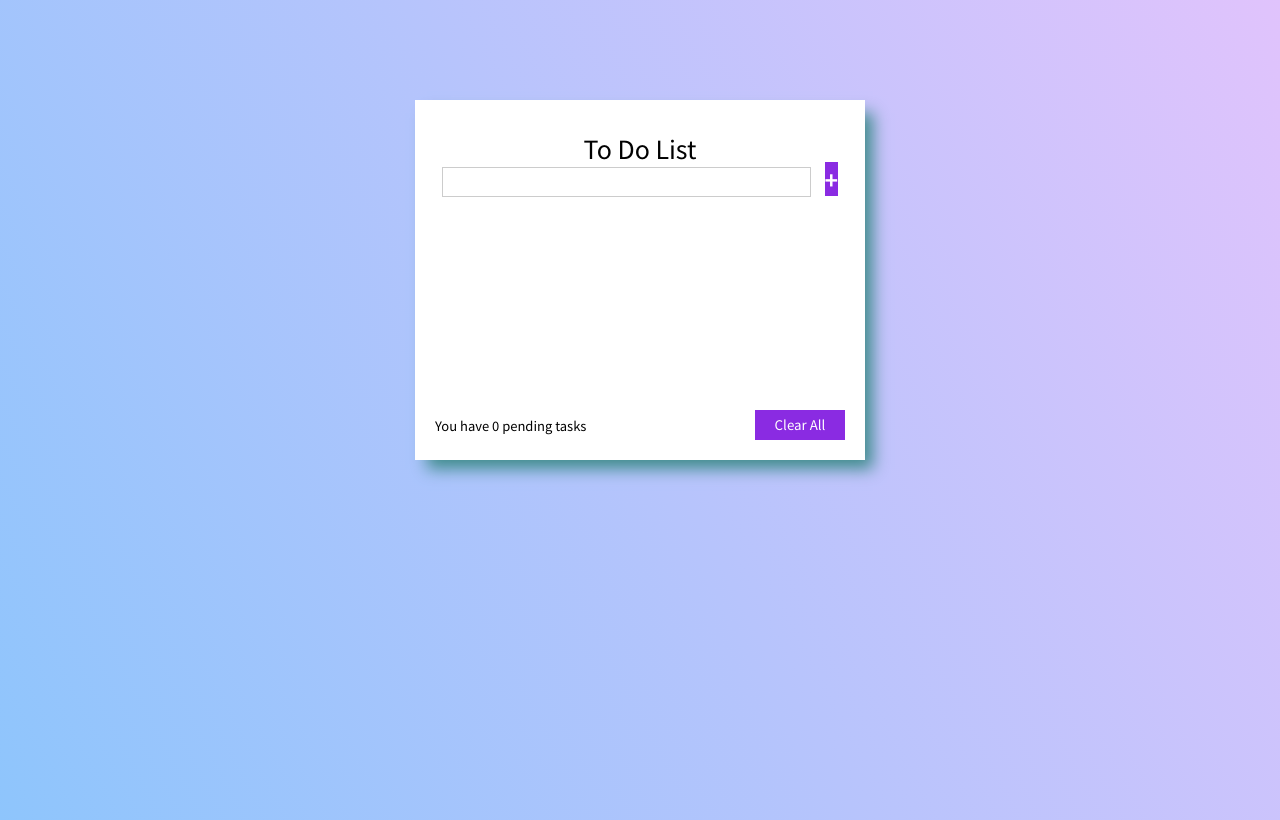
Repository: yangddoddi/Todo
Page: index.html
These files come from the project's save history. The page is drawn as it stood at one moment and after the next save; the edit follows.
The browser window is 1280 px wide. The pictures show the whole page.
Some web fonts or font styles are not loaded; a fallback is used. Some web libraries are served in a nearby version. The style sheet was rebuilt from its Sass, Less or Tailwind sources for each picture, by a compiler version that may differ from the author's.

Above is the page before, as saved 2022-04-22 17:04:07.
Console error: ReferenceError: handleInput is not defined

### index.html
<!DOCTYPE html>
<html lang="en">

<head>
    <meta charset="UTF-8">
    <meta http-equiv="X-UA-Compatible" content="IE=edge">
    <meta name="viewport" content="width=device-width, initial-scale=1.0">
    <title>TodoList</title>
    <link rel="stylesheet" href="style.css">
    <link rel="preconnect" href="https://fonts.googleapis.com">
    <link rel="preconnect" href="https://fonts.gstatic.com" crossorigin>
    <link href="https://fonts.googleapis.com/css2?family=Hubballi&family=Noto+Sans+KR:wght@300;400;500;700&display=swap"
        rel="stylesheet">
    <script src="https://kit.fontawesome.com/6cca727381.js" crossorigin="anonymous"></script>
    <script src="main.js" defer></script>
</head>

<body>
    <section class="todoList">
        <header class="todoList__title"><span>To Do List</span></header>
        <form class="inputForm">
            <input type="text" name="textbox" id="todoInput">
            <label class="input__icon">+</label>
            <input type="text" name="emptyBox" id="" style="display:none">
        </form>
        <div class="todoList__main">
        </div>

        <footer class="todoList__foot">
            <p class="todoList__foot__task">You have 4 pending tasks</p><button class="todoList__foot__clearBtn">Clear
                All</button>
        </footer>
    </section>

</body>

</html>

### main.js
const textInput = document.querySelector("#todoInput");
const inputForm = document.querySelector(".inputForm");
const todoList = document.querySelector(".todoList__main");
const todoTask = document.querySelector(".todoList__foot__task");
todoTask.innerHTML = `You have ${todoList.childElementCount} pending tasks`;

const addBtn = document.querySelector(".input__icon");
const clearAllBtn = document.querySelector(".todoList__foot__clearBtn");

inputForm.addEventListener("submit", handleInput);
todoList.addEventListener("click", deleteBtn);
clearAllBtn.addEventListener("click", clickClearAll);

const todoArr = [];

function addToDo(newTodoItem) {
  const todoItem = document.createElement("div");
  todoItem.className = "todoList__main__item";
  todoItem.dataset.id = `${idCount}`;
  todoItem.innerHTML = `<p class="todoList__main__item--text">${newTodoItem.text}</p>
  <button class="trash deleteBtn" data-id=${newTodoItem.text}>
      <i class="trash fa-solid fa-trash-can" data-id=${idCount}></i>
  </button>`;
  todoList.append(todoItem);
  idCount++;
  todoList.scrollTo(0, todoList.lastChild.getBoundingClientRect().y);
}

function ChangeTaskNum() {
  todoTask.innerHTML = `You have ${todoList.childElementCount} pending tasks`;
}

function handleSubmit(e) {
  if (textInput.value == undefined) {
    return;
  }
  const newTodoItem = {
    id: Date.now(),
    text: textInput.value,
  };
  addToDo(newTodoItem);
  ChangeTaskNum();
  textInput.value = " ";
}

function deleteBtn(event) {
  let tagName = event.target.tagName;
  let targetCount = event.target.dataset.id;

  if (tagName !== "BUTTON" && tagName !== "I") {
    return;
  } else {
    let todoItem = document.querySelector(
      `.todoList__main__item[data-id="${targetCount}"]`
    );
    todoItem.remove();
  }
}

function clickClearAll() {
  while (todoList.hasChildNodes()) {
    todoList.removeChild(todoList.firstChild);
  }
  ChangeTaskNum();
}

### style.scss
* {
  box-sizing: border-box;
  -webkit-font-smoothing: antialiased;
  -ms-overflow-style: none; /* IE and Edge */
  scrollbar-width: none; /* Firefox */
  font-family: "Noto Sans KR", sans-serif;

  &::-webkit-scrollbar {
    display: none; /* Chrome, Safari, Opera*/
  }
}

button {
  outline: none;
  border: none;
}

body {
  margin: 0px;
  height: 100vh;
  background-image: linear-gradient(62deg, #8ec5fc 0%, #e0c3fc 100%);
  background-size: cover;
}

.todoList {
  display: flex;
  flex-direction: column;
  margin: 100px auto;
  width: 80%;
  max-width: 450px;
  height: 50%;
  text-align: center;
  background-color: white;
  padding: 20px;
  border: none;
  -webkit-box-shadow: 10px 11px 15px -2px #418d8e;
  box-shadow: 10px 11px 15px -2px #418d8e;
}

.todoList__title {
  width: 100%;
  height: 50px;
}

.todoList__title span {
  font-size: 25px;
  display: block;
  margin-top: 10px;
}

.inputContianer {
  display: flex;
  flex-direction: row;
  align-items: center;
  height: 30px;
  flex-wrap: nowrap;
  margin: 10px 0px;
}

#todoInput {
  width: 90%;
  border: 1px solid rgba(0, 0, 0, 0.2);
  height: 30px;
  font-size: 16px;
}

.input__icon {
  font-size: 23px;
  height: 100%;
  line-height: 27px;
  margin-left: 10px;
  cursor: pointer;
  background-color: blueviolet;
  color: white;
  font-weight: bold;
  width: 10%;

  &:hover {
    background-color: lightskyblue;
    transition: 300ms ease-in;
  }
}

.todoList__main {
  height: 300px;
  background-color: white;
  overflow-y: scroll;
}

.todoList__main__item {
  display: flex;
  align-items: center;
  justify-content: space-between;
  padding-left: 20px;
  background-color: whitesmoke;
  margin: 10px 0px;
}

.trash {
  padding: 20px;
  cursor: pointer;

  &:hover {
    background-color: red;
    color: white;

    transition: 300ms ease-in;
  }
}

.todoList__foot {
  width: 100%;
  height: 50px;
  display: flex;
  font-size: 14px;
  align-items: center;
  padding-top: 20px;
  justify-content: space-between;
}

.todoList__foot__task {
  font-size: 13px;
}

.todoList__foot__clearBtn {
  width: 90px;
  height: 30px;
  background-color: blueviolet;
  outline: none;
  line-height: 10px;
  border: none;
  color: white;
  cursor: pointer;

  &:hover {
    background-color: lightskyblue;
    transition: 300ms ease-in;
  }
}

After the next save:
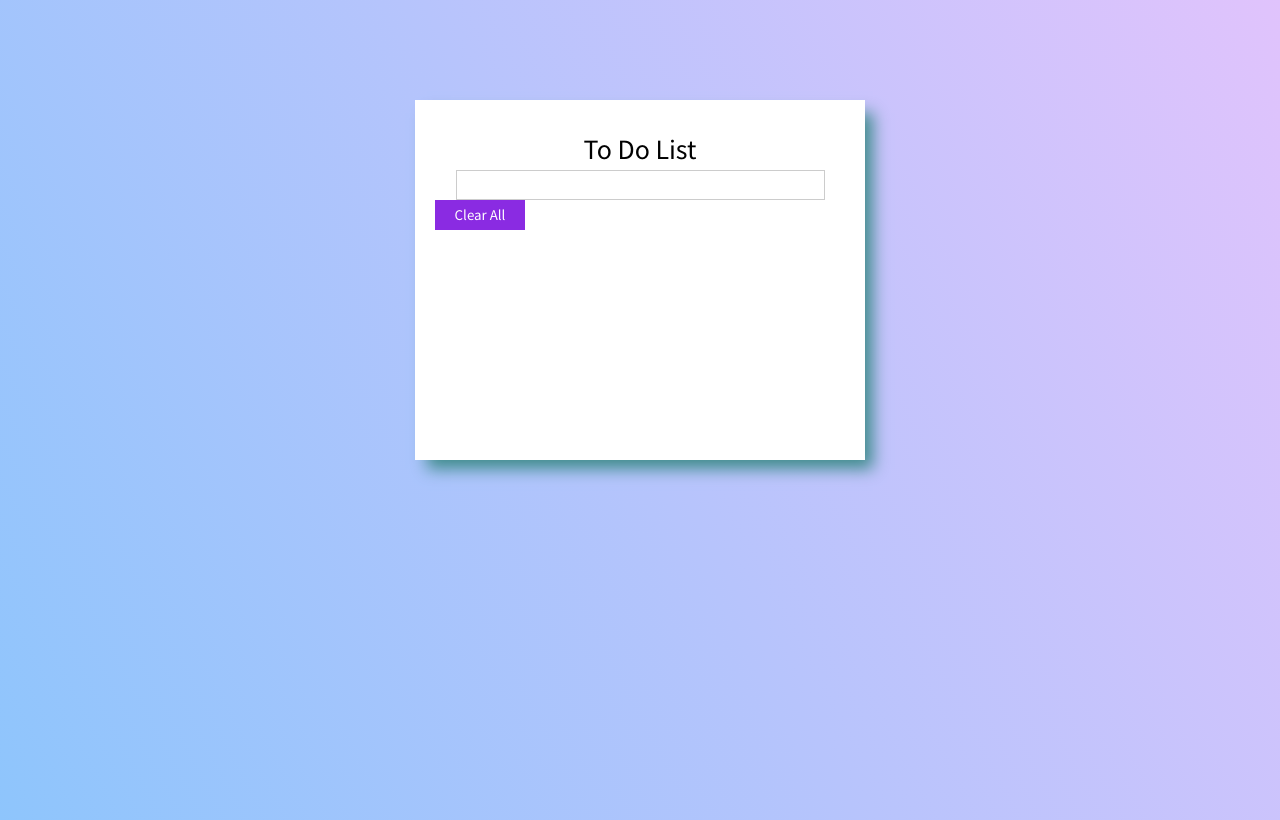
Saved 47 s later.
--- a/index.html
+++ b/index.html
@@ -20,8 +20,7 @@
         <header class="todoList__title"><span>To Do List</span></header>
         <form class="inputForm">
             <input type="text" name="textbox" id="todoInput">
-            <label class="input__icon">+</label>
-            <input type="text" name="emptyBox" id="" style="display:none">
+            <button class="input__icon" type="submit" <input type="text" name="emptyBox" id="" style="display:none">
         </form>
         <div class="todoList__main">
         </div>
